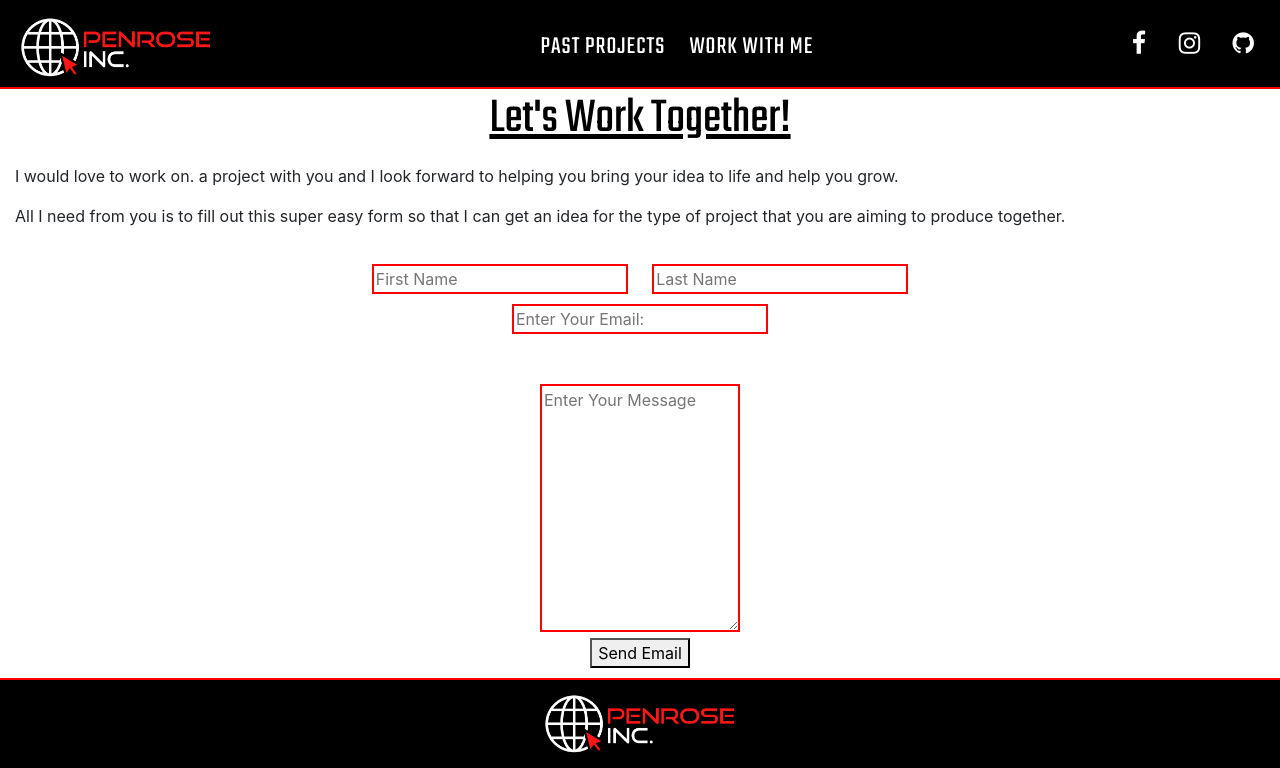
Repository: mrwillpenrose/penrose-inc
Page: work-with-me.html
The author's editor kept a record of every edit. The page is drawn from the files as they stood at one moment, then again after the next edit.
The browser window is 1280 px wide. The pictures show the whole page.
Some web libraries are served in a nearby version.

Above is the page before.

### work-with-me.html
<!DOCTYPE html>
<html lang="en">

<head>
    <meta charset="UTF-8">
    <meta name="viewport" content="width=device-width, initial-scale=1.0">
    <meta http-equiv="X-UA-Compatible" content="ie=edge">
    <title>Penrose Inc</title>
    <link rel="stylesheet" href="https://maxcdn.bootstrapcdn.com/bootstrap/4.0.0/css/bootstrap.min.css" integrity="sha384-Gn5384xqQ1aoWXA+058RXPxPg6fy4IWvTNh0E263XmFcJlSAwiGgFAW/dAiS6JXm" crossorigin="anonymous">
    <link rel="stylesheet" href="https://stackpath.bootstrapcdn.com/font-awesome/4.7.0/css/font-awesome.min.css" type="text/css" />
    <link href="https://fonts.googleapis.com/css2?family=PT+Sans&family=Teko&display=swap" rel="stylesheet">
    <link href="https://fonts.googleapis.com/css2?family=Teko&display=swap" rel="stylesheet">
    <link rel="stylesheet" href="css/style.css" type="text/css" />
</head>

<body>

    <!------------------NAV------------------------>


    <nav class="navbar navbar-expand-md navbar-dark bg-custom">
        <a href="index.html" class="navbar-brand">
            <img class="logo" src="assets/images/penrose-inc-logo.png" alt="Company Logo">
        </a>
        <button class="navbar-toggler" data-toggle="collapse" data-target="#navbarMenu">
            <span class="navbar-toggler-icon"></span>
        </button>
        <div class="collapse navbar-collapse" id="navbarMenu">
            <ul class="navbar-nav mx-auto">
                <li class="list-inline-item">
                    <a href="past-projects.html" class="nav-link menu-item">Past Projects</a>
                </li>
                <li class="list-inline-item">
                    <a href="work-with-me.html" class="nav-link menu-item">Work With Me</a>
                </li>
            </ul>
            <ul class="social">
                <li class="list-inline-item">
                    <a href="https://www.facebook.com/will.penrose.94" class="nav-link" target="_blank">
                        <i class="fa fa-facebook font-awesome-icon" aria-hidden="true"></i>
                        <span class="sr-only">Facebook</span>
                    </a>
                </li>
                <li class="list-inline-item">
                    <a href="#" class="nav-link" target="_blank">
                        <i class="fa fa-instagram font-awesome-icon" aria-hidden="true"></i>
                        <span class="sr-only">Instagram</span>
                    </a>
                </li>
                <li class="list-inline-item">
                    <a href="https://github.com/mrwillpenrose" class="nav-link" target="_blank">
                        <i class="fa fa-github font-awesome-icon" aria-hidden="true"></i>
                        <span class="sr-only">GitHub</span>
                    </a>
                </li>
            </ul>
        </div>
    </nav>


    <!----------------------MAIN CONTENT----------------------->


    <div class="container-fluid">
        <div class="row">
            <div class="col-12">
                <h1 class="page-heading">Let's Work Together!</h1>
                <p>
                    I would love to work on. a project with you and I look forward to helping you bring your idea to life and help you grow.
                </p>
                <p>
                    All I need from you is to fill out this super easy form so that I can get an idea for the type of project that you are aiming to produce together.
                </p>
                <form methed="post">
                    <input class="name" type="text" name="firstName" placeholder="First Name" required>
                    <input class="name" type="text" name="lastName" placeholder="Last Name" required><br>
                    <input class="email" type="email" name="email" placeholder="Enter Your Email:" required><br>
                    <textarea rows="10" cols="500" name="message" placeholder="Enter Your Message"></textarea><br>
                    <button type="submit" name="submit">Send Email</button>
                </form>
            </div>
        </div>
    </div>

    <!----------------------FOOTER----------------------->

    <footer class="container-fluid">
        <div class="row">
            <div class="col-12">
                <img src="assets/images/penrose-inc-logo.png" alt="Company Logo"></img>
            </div>
        </div>
    </footer>


    <script src="https://code.jquery.com/jquery-3.2.1.slim.min.js" integrity="sha384-KJ3o2DKtIkvYIK3UENzmM7KCkRr/rE9/Qpg6aAZGJwFDMVNA/GpGFF93hXpG5KkN" crossorigin="anonymous"></script>
    <script src="https://cdnjs.cloudflare.com/ajax/libs/popper.js/1.12.9/umd/popper.min.js" integrity="sha384-ApNbgh9B+Y1QKtv3Rn7W3mgPxhU9K/ScQsAP7hUibX39j7fakFPskvXusvfa0b4Q" crossorigin="anonymous"></script>
    <script src="https://maxcdn.bootstrapcdn.com/bootstrap/4.0.0/js/bootstrap.min.js" integrity="sha384-JZR6Spejh4U02d8jOt6vLEHfe/JQGiRRSQQxSfFWpi1MquVdAyjUar5+76PVCmYl" crossorigin="anonymous"></script>
</body>

</html>

### css/style.css
body {
    padding: 0;
    margin: 0;
}


/* ----------------------------- NAV ------------------------*/

.bg-custom {
    background-color: #000;
}



.navbar {
    padding-bottom: 0px;
    border-bottom: 2px solid #FF0000;
}

.navbar-brand .logo {
    width: 200px;
    height: auto;
}



.navbar .navbar-nav .menu-item {
    font-family: "Teko", sans-serif;
    font-size: 25px;
    letter-spacing: 1px;
    color: #fff;
    text-transform: uppercase;
    text-align: center;
    -webkit-transition: ease-in-out 0.25s;
    -moz-transition: ease-in-out 0.25;
    -o-transition: ease-in-out 0.25s;
}

.navbar .navbar-nav .menu-item:hover {
    font-size: 30px;
    color: #FF0000;
}



.social {
    text-align: center;
    padding: 0;
}


.social .nav-link {
    padding-top: 10px;
    padding-bottom: 0px;
    padding-left: 10px;
    padding-right: 10px;
}

.font-awesome-icon {
    font-size: 25px;
    color: #fff;
    text-align: center;
    -webkit-transition: ease-in-out 0.2s;
    -moz-transition: ease-in-out 0.2s;
    -o-transition: ease-in-out 0.2s;
}

.font-awesome-icon:hover {

    font-size: 40px;
    color: #FF0000;
}


/* ----------------------------- FOOTER ------------------------*/

footer {
    text-align: center;
    padding: 10px 10px 10px 10px;
    margin: 0;
    background-color: #000;
    position: static;
    left: 0;
    bottom: 0;
    border-top: 2px solid #FF0000;
}


footer img {
    width: 200px;
    height: auto;
}



/* ----------------------------- HOME ------------------------*/

.jumbotron {
    font-family: "Teko", sans-serif;
    font-size: 40px;
    padding: 20px 20px 30px 20px;
    margin: 0;
    background-color: #fff;
    color: #000;
    text-align: center;
}


.index-image img {
    width: 100%;
    height: auto;
    border: 2px solid #FF0000;
}

.page-heading {
    font-family: "Teko", sans-serif;
    font-size: 50px;
    color: #000;
    text-decoration: underline;
    margin-bottom: 15px;
    text-align: center;
}

.about-section {
    font-family: "PT Sans", sans-serif;
    color: #000;
}

ul .index-list {
    text-align: center;
}

/* ----------------------------- WORK WITH ME ------------------------*/


form {
    display: block;
    text-align: center;
    padding: 10px;
}

form .name {
    margin: 10px;
}

textarea {
    width: 200px;
    height: auto;
    margin-top: 50px;
}

input, textarea {
    outline: none;
    border: 2px solid #FF0000;
}


/* ----------------------------- HOME MEDIA QUERIES ------------------------*/

@media screen and (max-width: 992px) {
    .page-heading {
        margin-top: 10px;
    }
}

After the next edit:
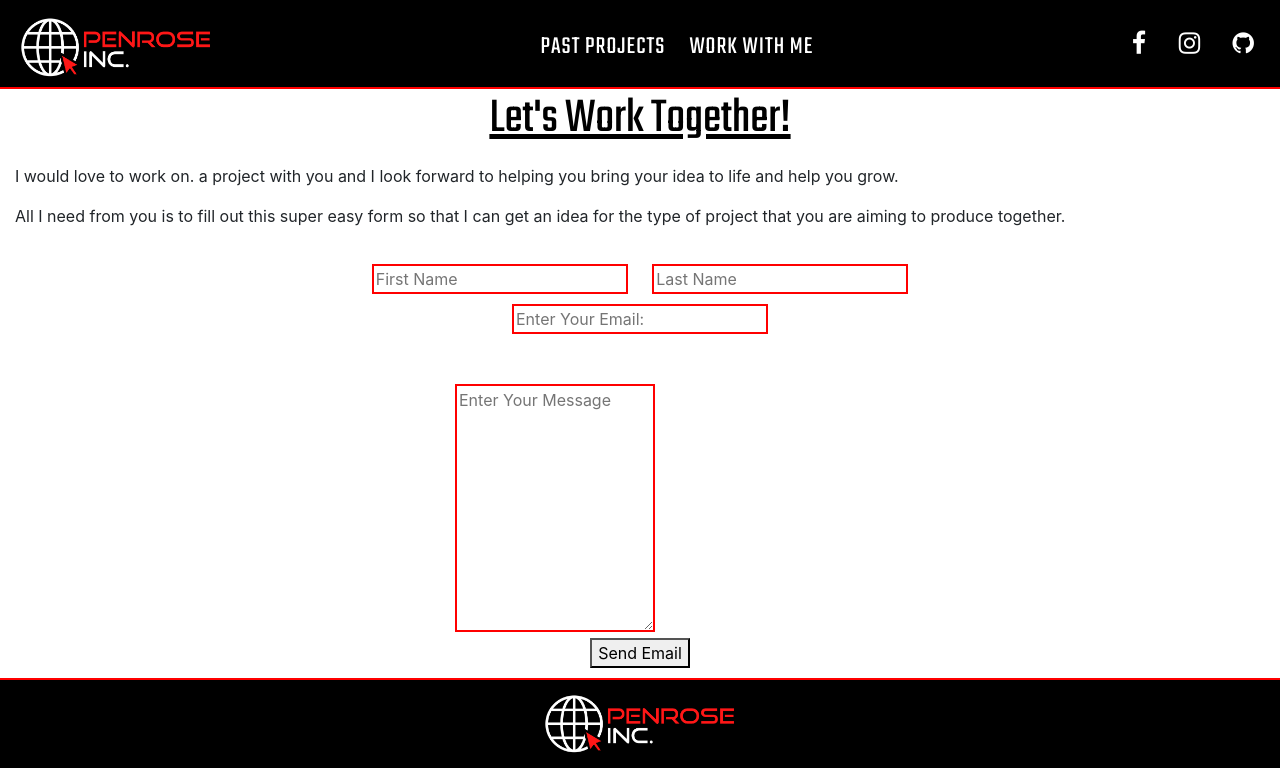
The edit:
--- a/css/style.css
+++ b/css/style.css
@@ -147,6 +147,7 @@
     width: 200px;
     height: auto;
     margin-top: 50px;
+    margin-right: 170px;
 }
 
 input, textarea {
